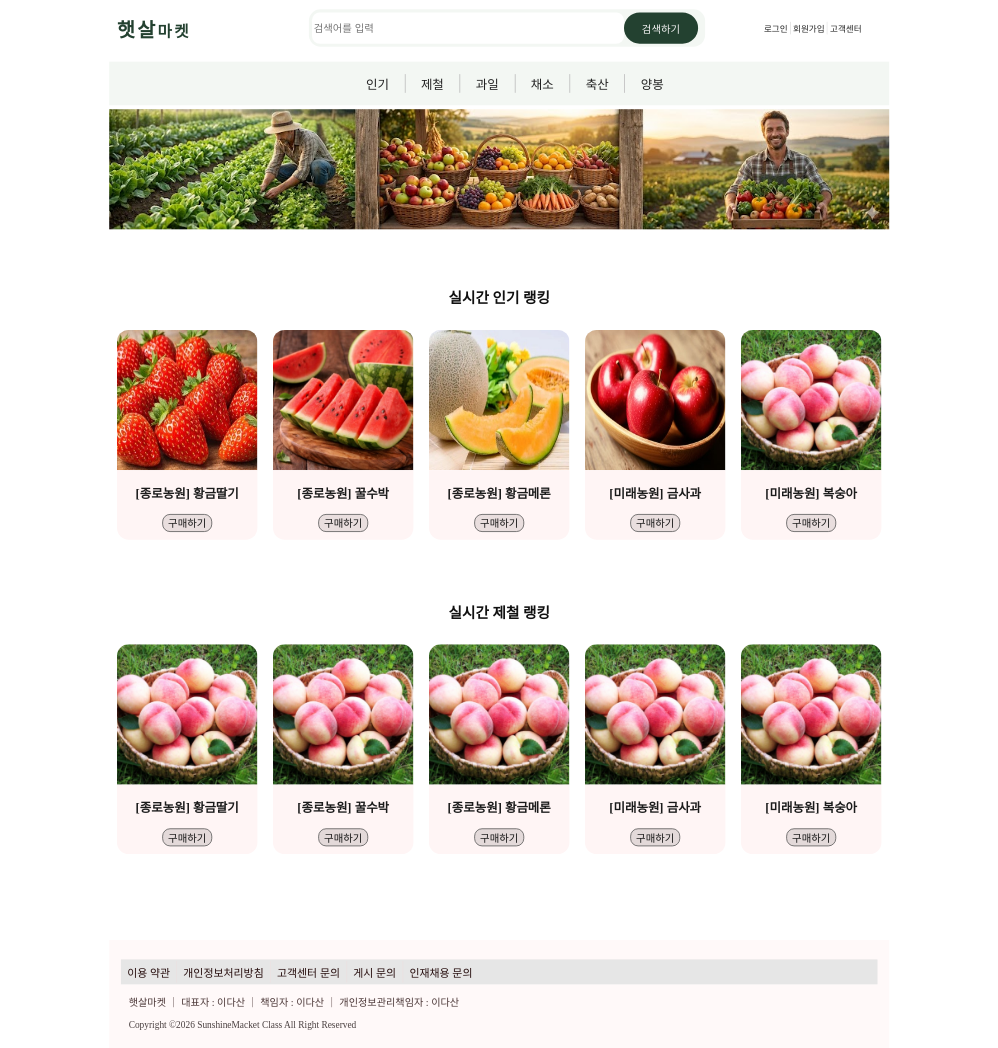
Repository: ham-zi/front-practice
Page: http://localhost/marketfresh/
An editor plug-in stored every save of this project. The page is shown before and after the next save, followed by the edit.
The browser window is 1280 px wide. The pictures show the whole page, at 78% of full size.
The page is served by Tomcat 9. Nobody is signed in. The application's start-up code is not run. Other server files are loaded and not shown.

Above is the page before, as saved 2026-05-08 00:26:40.

### MINI_WEB-workspace/marketfresh/src/main/webapp/index.jsp
<%@ page language="java" contentType="text/html; charset=UTF-8"
    pageEncoding="UTF-8"%>
<%@ taglib prefix="c" uri="http://java.sun.com/jsp/jstl/core" %>

<!DOCTYPE html>
<html lang="en">
<head>
    <meta charset="UTF-8">
    <meta name="viewport" content="width=, initial-scale=1.0">
    <title>화면 구조 잡기</title>

    <style>
        #wrap, header, nav, main, footer {
            box-sizing: border-box;


        }
        #wrap{
            width : 1000px;
            height :1200px;
;
            margin : auto;
            display : flex;
            flex-direction: column;
        }

        header {
            flex : 1.5;
            display : flex;
            margin-bottom: 15px;
        }
        nav {
            flex : 0.5;
        }
        main {
            flex : 12;
            display : flex;
            flex-direction: column;
        }

        main > div {
        }

        footer {
            flex : 2;
        }

        #header_1{
            flex : 2;
            align-items: center;
    		justify-content: center;
    		padding : 10px;
        }

        #header_2{
            flex : 6;
        }
        #header_3{
            flex : 2;
        }

        #content_1{
            flex : 2;
        }

        #content_2{
            flex : 2;
        }

        #content_3{
            flex : 2;
        }
    </style>

    <link rel="stylesheet" href="/market/resources/css/footer.css">
    <link rel="stylesheet" href="/market/resources/css/searchform.css">
    <link rel="stylesheet" href="/market/resources/css/logo.css">
    <link rel="stylesheet" href="/market/resources/css/headerutil.css">
    <link rel="stylesheet" href="/market/resources/css/navbar.css">
    <link rel="stylesheet" href="/market/resources/css/content1.css">
    <link rel="styleSheet" href="/market/resources/css/main2.css">
    <link rel="styleSheet" href="/market/resources/css/main3.css">


</head>
<body>

    <div id="wrap">
        <header>
            <div id="header_1">
                <a href="#" id="logo_1">햇살<span id="logo_2">마켓</span></a>
            </div>

            <div id="header_2">
                <form action="search" method="get" id="search_form">
                    <div id="search_text">
                        <input type="text" name="query" placeholder="검색어를 입력">
                    </div>
                    <div id="search_btn">
                        <button>검색하기</button>
                    </div>
                </form>
            </div>

            <div id="header_3">
                <div id="util">

                	<c:choose>
					    <c:when test="${empty userInfo}">
		                	<form method="post" action="http://www.localhost:8088/market/login_page.do">
		                    	<button type="submit">로그인</button>
		                	</form>
		                	<form method="post" action="http://www.localhost:8088/market/enroll.do">
		                    	<button type="submit">회원가입</button>
	           			    </form>
					    </c:when>
	           			<c:otherwise>
		                	<form method="post" action="">
		                    	<button type="submit">로그아웃</button>
		                	</form>
		                	<form method="post" action="">
		                    	<button type="submit">장바구니</button>
		                	</form>
	           			</c:otherwise>
                	</c:choose>
                	<form method="" action="">
                    	<button type="submit">고객센터</button>
                	</form>


                </div>
            </div>
        </header>

        <nav>
            <ul id="navbar">
                <li><a href="#">인기</a></li>
                <li><a href="#">제철</a></li>
                <li><a href="#">과일</a></li>
                <li><a href="#">채소</a></li>
                <li><a href="#">축산</a></li>
                <li><a href="#">양봉</a></li>
            </ul>
        </nav>

        <main>
            <div id="content_1">
                <img src="/market/resources/image_upfiles/main.jpg" alt="농산물 이미지">
            </div>
                    <h3 id="content2_title">실시간 인기 랭킹</h3>
            <div id="content_2">
                <div>
                    <img src="/market/resources/image_upfiles/strawberry.jpg" alt="딸기이미지">
                    <div>
                        <p>[종로농원] 황금딸기</p>
                        <button>구매하기</button>
                    </div>
                </div>
                <div>
                    <img src="/market/resources/image_upfiles/watermelon.jpg" alt="">
                    <div>
                        <p>[종로농원] 꿀수박</p>
                        <button>구매하기</button>
                    </div>
                </div>
                <div>
                    <img src="/market/resources/image_upfiles/melon.jpg" alt="">
                    <div>
                        <p>[종로농원] 황금메론</p>
                        <button>구매하기</button>
                    </div>
                </div>
                <div>
                    <img src="/market/resources/image_upfiles/apple.jpg" alt="">
                    <div>
                        <p>[미래농원] 금사과</p>
                        <button>구매하기</button>
                    </div>
                </div>
                <div>
                    <img src="/market/resources/image_upfiles/peach.jpg" alt="">
                    <div>
                        <p>[미래농원] 복숭아</p>
                        <button>구매하기</button>
                    </div>
                </div>
            </div>
                    <h3 id="content2_title">실시간 제철 랭킹</h3>
            <div id="content_3">
                <div>
                    <img src="/market/resources/image_upfiles/peach.jpg" alt="딸기이미지">
                    <div>
                        <p>[종로농원] 황금딸기</p>
                        <button>구매하기</button>
                    </div>
                </div>
                <div>
                    <img src="/market/resources/image_upfiles/peach.jpg" alt="">
                    <div>
                        <p>[종로농원] 꿀수박</p>
                        <button>구매하기</button>
                    </div>
                </div>
                <div>
                    <img src="/market/resources/image_upfiles/peach.jpg" alt="">
                    <div>
                        <p>[종로농원] 황금메론</p>
                        <button>구매하기</button>
                    </div>
                </div>
                <div>
                    <img src="/market/resources/image_upfiles/peach.jpg" alt="">
                    <div>
                        <p>[미래농원] 금사과</p>
                        <button>구매하기</button>
                    </div>
                </div>
                <div>
                    <img src="/market/resources/image_upfiles/peach.jpg" alt="">
                    <div>
                        <p>[미래농원] 복숭아</p>
                        <button>구매하기</button>
                    </div>
                </div>
            </div>
        </main>

        <div id="footer">
            <ul id="footer_ul">
                <li>
                    <a href="#">이용 약관</a>
                </li>
                <li>
                    <a href="#">개인정보처리방침</a>
                </li>
                <li>
                    <a href="#">고객센터 문의</a>
                </li>
                <li>
                    <a href="#">게시 문의</a>
                </li>
                <li>
                    <a href="#">인재채용 문의</a>
                </li>
            </ul>
            <div id="footer_p">
                <p id="p_1">
                    햇살마켓 ｜ 대표자 : 이다산 ｜ 책임자 : 이다산 ｜  개인정보관리책임자 : 이다산

                </p>
                <p id="p_2">
                    Copyright ©2026 SunshineMacket Class All Right Reserved

                </p>
            </div>
        </div>
    </div>

</body>
</html>

### MINI_WEB-workspace/marketfresh/src/main/webapp/resources/css/footer.css
#footer {
    padding : 10px 15px;
    background-color: rgb(255, 249, 249);
}

#footer_ul{
    display : flex;
    margin-top : 15px;
    margin-bottom : 10px;
    background-color: rgb(230, 230, 230);
    padding : 2px 0px;
}

#footer_ul>li {
    list-style: none;
                padding: 0px 10px;
    border-right: 1px solid rgb(235, 225, 225);
    padding : 4px;
}

#footer_ul>li:last-child {
    border-right: none;
}

#footer_ul>li>a {
    text-decoration: none;
    font-size : 14px;
    color : rgb(39, 14, 14);
    font-weight : 400p;
    padding : 4px 4px;
    &:hover{
        color :black;
        font-weight : 500;
    }
}

#footer_p {
    padding-left : 10px;

}

#p_1{
    font-size : 13px;
    color : rgb(75, 55, 55);
    padding-top : 12;
}

#p_2{
    font-size : 12px;
    color :rgb(73, 63, 63)
}

### MINI_WEB-workspace/marketfresh/src/main/webapp/resources/css/searchform.css
#header_2{
    display : flex;
    align-items: center;
    justify-content: center;
}

#search_form{
    width : 85%;
    height : 40px;
    padding : 4px;
    border-radius: 15px;
    background-color: rgba(27, 94, 32, 0.05);
    display :flex;
}

#search_text{
    flex: 8;
}

#search_btn{
    flex: 2;
}

#search_text > input{
    width : 100%;
    height : 100%;
    border-radius: 10px;
    border : none;
    box-sizing: border-box;
    background-color: rgb(255, 255, 255);
    &:focus{
        outline: rgb(243, 243, 243);
    }
}

#search_btn > button {
    width: 95%;
    height: 100%;
    border-radius: 22px;
    border-style : none;
    background-image: none;
    background-color: rgb(35, 65, 48);
    color : rgb(243, 243, 243);
    &:hover {
        color: #fffefe;
        background-color: rgb(10, 29, 18);
        cursor:pointer;
    }
}

### MINI_WEB-workspace/marketfresh/src/main/webapp/resources/css/logo.css
#logo{
    display: flex;
    align-items: center;
    justify-content: center;
}

#logo_1{

    text-decoration: none;
    color: rgb(35, 65, 48);
    font-weight: 700;
    font-size : 25px;
    letter-spacing: 3px;
}

#logo_2{
    font-size : 20px;
}

### MINI_WEB-workspace/marketfresh/src/main/webapp/resources/css/headerutil.css
#header_3 {
    display : flex;
    align-items: center;
    justify-content: center;
}

#util {
		display : flex;
}

#util > form > button {
    background-color: white;
    color: rgb(34, 34, 34);
    border : none;
    outline: none;
    border-right : 1px solid rgb(221, 221, 221);
    text-decoration: none;
    padding : 0px 3px;
    font-size: 11px;
    &:hover {
        font-size: 13px;
        font-weight: 700;
    }
}

#util > form:last-child > button {
    border-right: none;
}

### MINI_WEB-workspace/marketfresh/src/main/webapp/resources/css/navbar.css
nav{
    background-color: rgba(27, 94, 32, 0.05);

}

nav > ul {
    display:flex;
    text-align: center;
    justify-content: center;
}

nav > ul > li {
    list-style: none;
    border-right : 1px solid rgb(187, 187, 187);
    padding : 0px 20px;
}

ul > :last-child {
    border-right : 0px;
}

nav > ul > li > a {
    text-decoration: none;
    color: rgb(34, 34, 34);

    &:hover{
        font-weight: 600;
        color :black
    }
}

### MINI_WEB-workspace/marketfresh/src/main/webapp/resources/css/content1.css
#content_1 > img {
  width: 100%;
  height: auto;
  padding-top: 5px;
  margin-bottom: 50px;
}

### MINI_WEB-workspace/marketfresh/src/main/webapp/resources/css/main2.css

#content2_title{
    text-align: center;
    color: rgb(17, 17, 17);
}

#content_2 {
    display: flex;
    margin-bottom: 50px;

}

#content_2>div {
    flex : 1px;
    margin : 10px;
    border-radius: 15px;
    display: flex;
    flex-direction: column;

}

#content_2>div>img{
    flex : 8;
    height : 40px;
    width: 100%;
    border-radius: 15px 15px 0px 0px;
    box-sizing: border-box;
}

#content_2>div {
    text-align: center;
}



#content_2>div>div{
    flex : 2;
    height: 100%;
    width : 100%;
    background-color: rgb(255, 245, 245);
    box-sizing: border-box;
    border-radius: 0px 0px 15px 15px;
    padding-bottom: 10px;
}

#content_2>div>div>p {
    color: rgb(27, 27, 27);
    text-align: center;
    font-weight: 600;
}

#content_2>div>div>button {
    border-radius: 10px;
    border : 1px solid rgb(85, 85, 85);
    color: rgb(22, 22, 22);
    background-color: rgba(206, 194, 194, 0.452);
}

### MINI_WEB-workspace/marketfresh/src/main/webapp/resources/css/main3.css
#content3_title{
    text-align: center;
    color: rgb(17, 17, 17);
}

#content_3 {
    display: flex;
    margin-bottom: 100px;

}

#content_3>div {
    flex : 1px;
    margin : 10px;
    border-radius: 15px;
    display: flex;
    flex-direction: column;

}

#content_3>div>img{
    flex : 8;
    height : 40px;
    width: 100%;
    border-radius: 15px 15px 0px 0px;
    box-sizing: border-box;
}

#content_3>div {
    text-align: center;
}



#content_3>div>div{
    flex : 2;
    height: 100%;
    width : 100%;
    background-color: rgb(255, 245, 245);
    box-sizing: border-box;
    border-radius: 0px 0px 15px 15px;
    padding-bottom: 10px;
}

#content_3>div>div>p {
    color: rgb(27, 27, 27);
    text-align: center;
    font-weight: 600;
}

#content_3>div>div>button {
    border-radius: 10px;
    border : 1px solid rgb(85, 85, 85);
    color: rgb(22, 22, 22);
    background-color: rgba(192, 181, 181, 0.452);
}

After the next save:
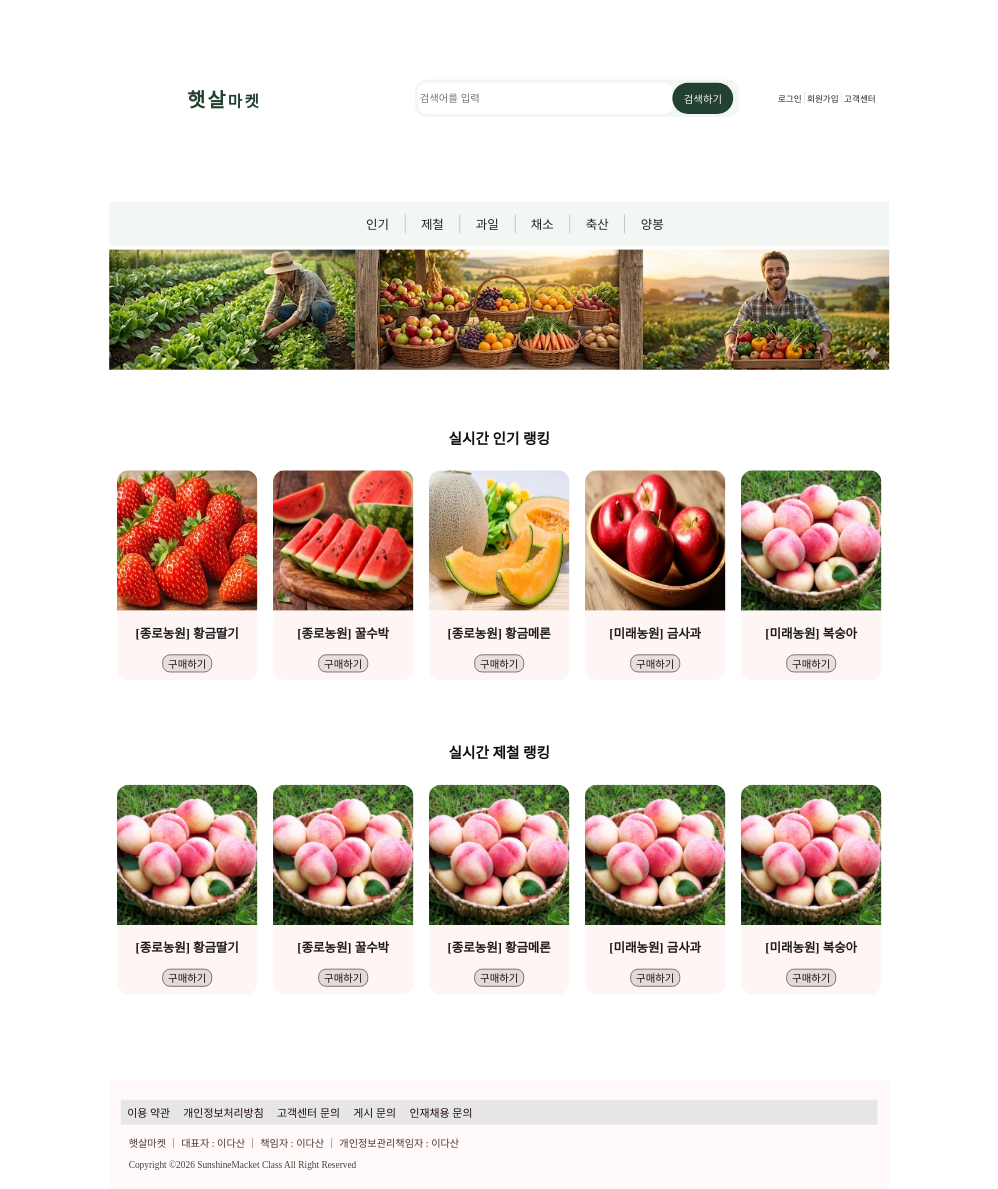
Saved 6 s later.
--- a/MINI_WEB-workspace/marketfresh/src/main/webapp/index.jsp
+++ b/MINI_WEB-workspace/marketfresh/src/main/webapp/index.jsp
@@ -49,7 +49,7 @@
             flex : 2;
             align-items: center;
     		justify-content: center;
-    		padding : 10px;
+    		padding : 100px;
         }
 
         #header_2{
